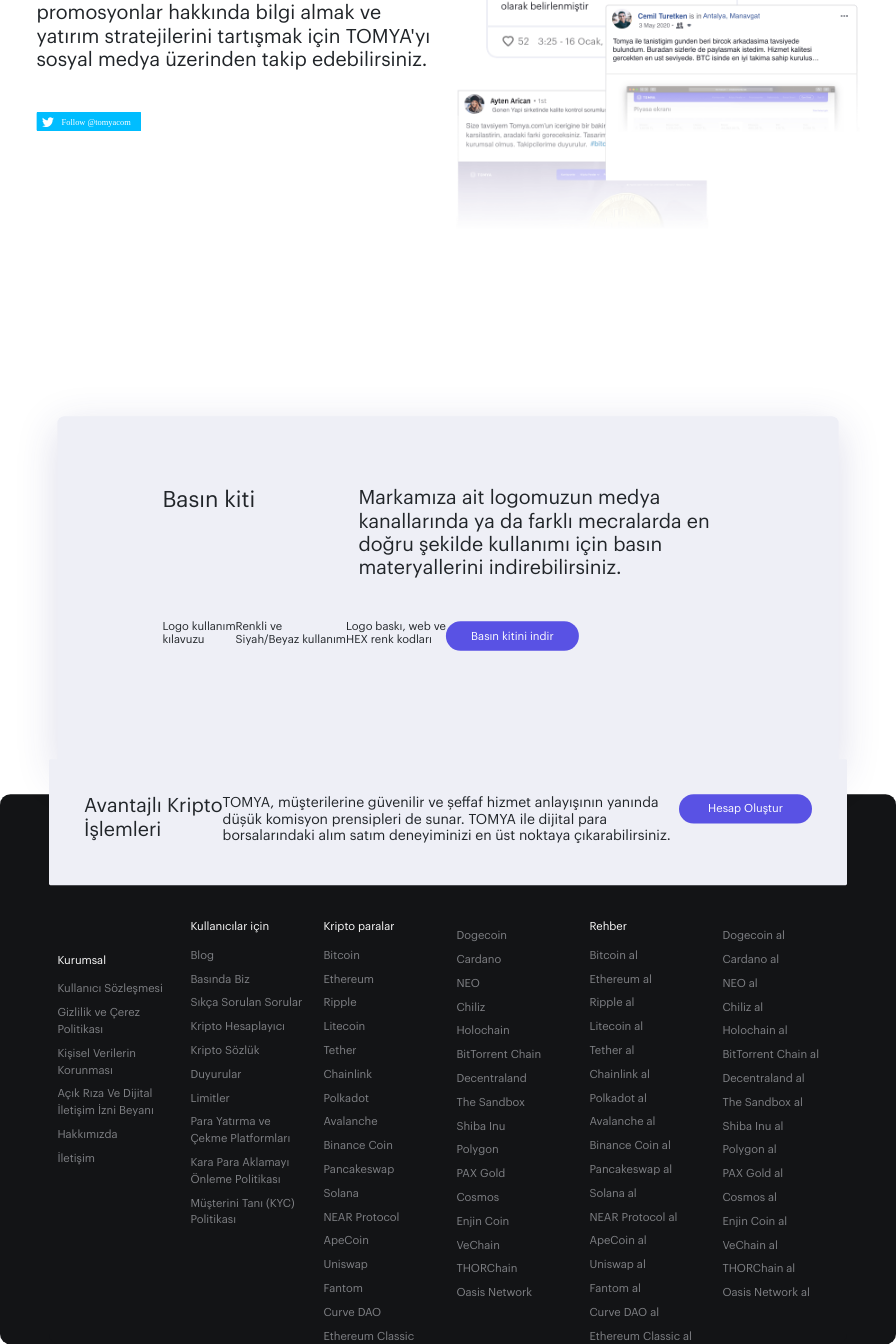
Repository: ezgibayrakli/TomyaProje
Page: index copy.html
These files come from the project's save history. The page is drawn as it stood at one moment and after the next save; the edit follows.
The browser window is 1280 px wide. The pictures show the part of the page from y = 2792 to 4712 px (the page is 4712 px tall), at 70% of full size.
Some web fonts or font styles are not loaded; a fallback is used.

Above is the page before, as saved 2023-07-07 12:39:28.

After the next save:
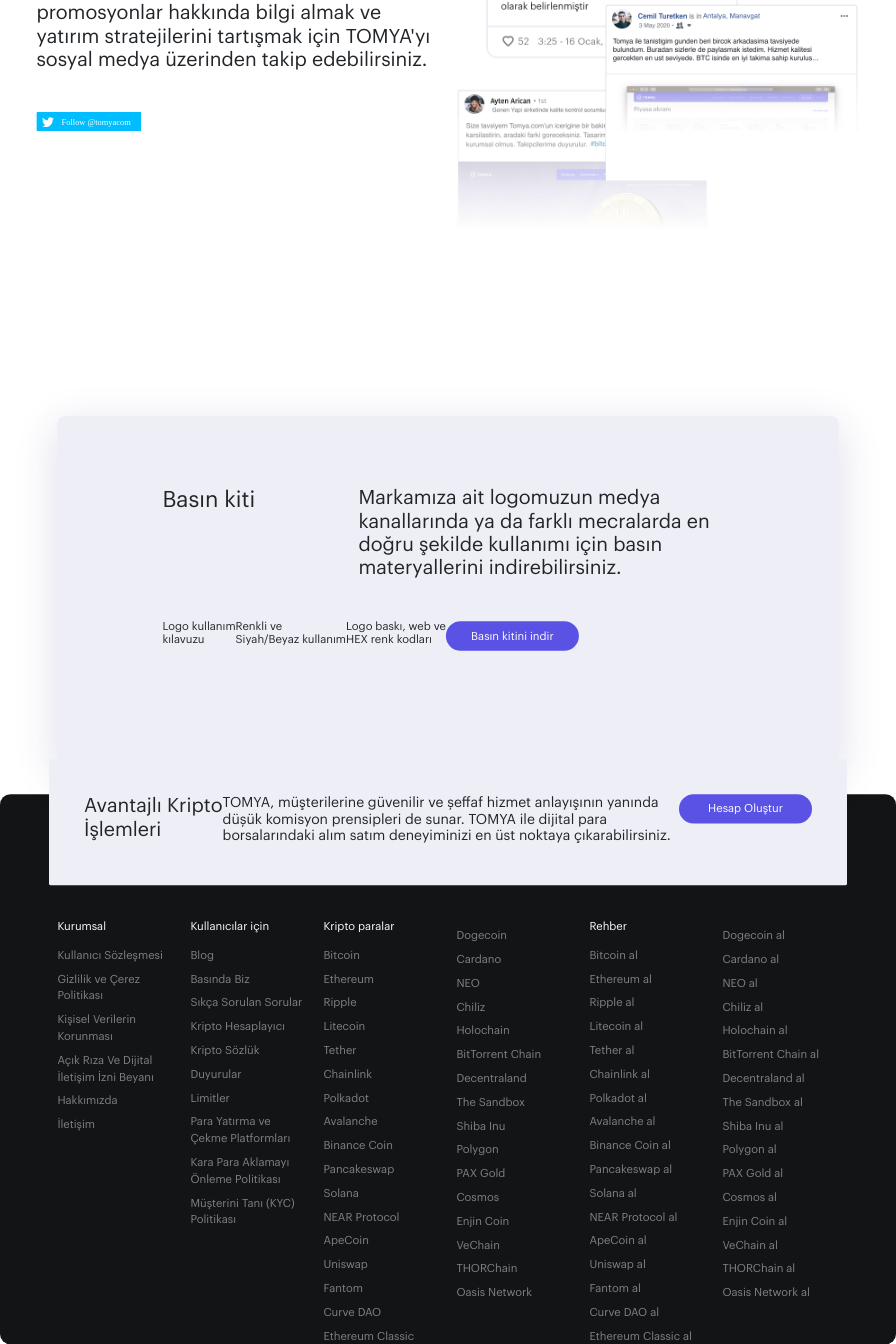
Saved 14 s later.
--- a/index copy.html
+++ b/index copy.html
@@ -209,7 +209,7 @@
             <footer class="footer-two footer">
                 <div class="container">
                     <div class="row item">
-                        <div class="col-md-2 items pt-5" style="margin-top: 140px;">
+                        <div class="col-md-2 items " style="margin-top: 140px;">
                             <h6>Kurumsal</h6>
                             <ul >
                                 <li><a href="#">Kullanıcı Sözleşmesi</a></li>
